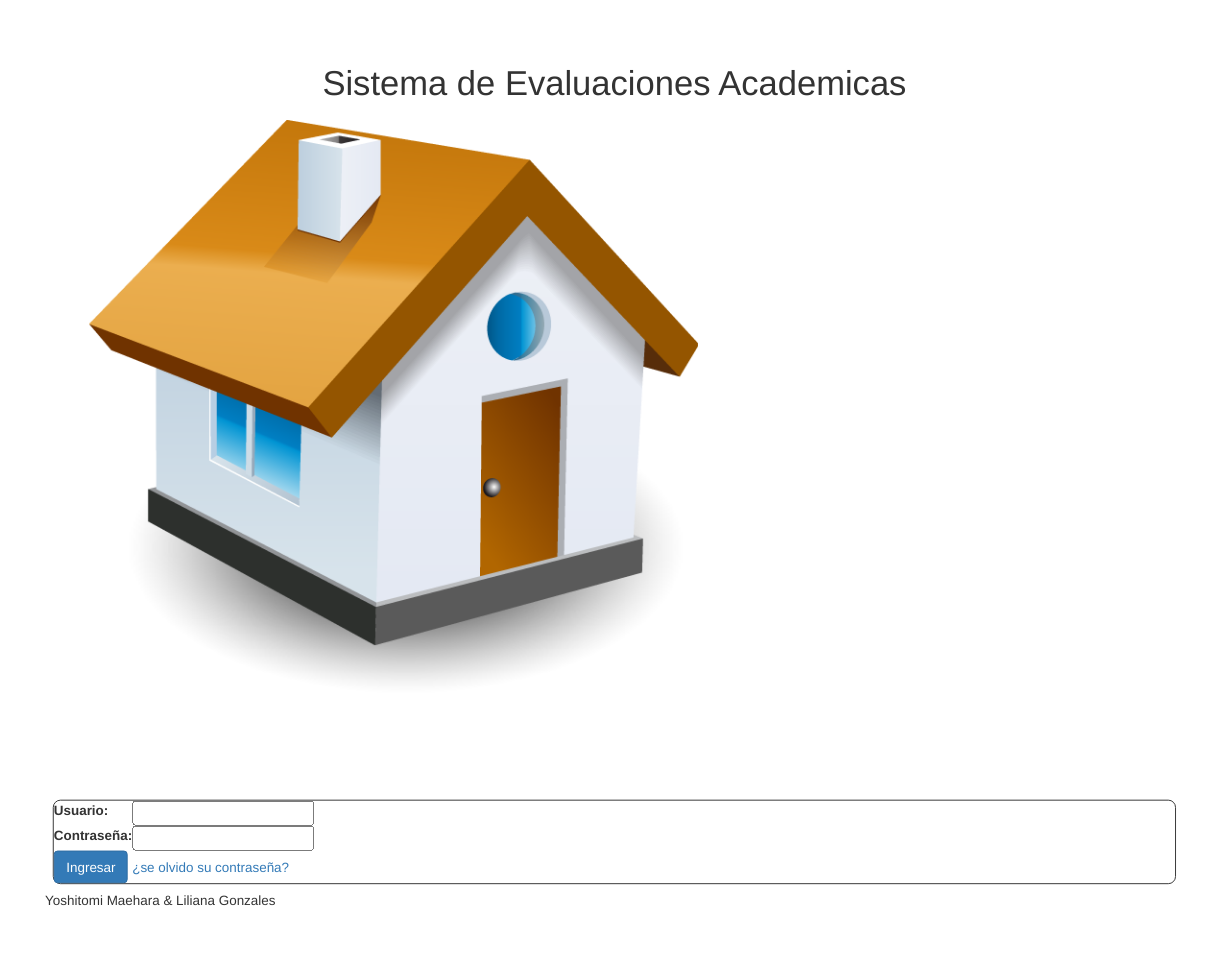
Repository: yoshitomimaehara/sdpa
Page: http://localhost/Sistema_de_Pruebas_Academicas/
The author's editor kept a copy of each file at every save. The page is drawn from the files as they stood at one save, then again after the next save.
The browser window is 1280 px wide. The pictures show the whole page, at 96% of full size.
The page is served by Tomcat 9. Other server files are loaded and not shown.

Above is the page before, as saved 2013-10-05 02:12:25.
Console error: TypeError: $(...).alert is not a function

### Web/Sistema de Pruebas Academicas/Sistema de Pruebas Academicas/WebContent/index.jsp
<!--
Nombre:index.jsp
Descripcion:Pagina Principal
Autores:Yoshitomi Maehara/Liliana Gonzales
Email:
-->
<%@ page language="java" contentType="text/html; charset=ISO-8859-1"
    pageEncoding="ISO-8859-1"%>
<%@ taglib prefix="c" uri="http://java.sun.com/jsp/jstl/core" %>
<!DOCTYPE html>
<html>
<head>
<link rel="stylesheet" type="text/css" href="css\styles.css"/>
<link rel="stylesheet" href="css\bootstrap.min.css">
<script src="js\jquery.js"></script>
<script src="js\scripts.js"></script>
<title>.::::Sistema de Evaluaciones Academicas::::.</title>
</head>
<body>
	<header class="cabecera_index">
			<h1>Sistema de Evaluaciones Academicas</h1>
	</header>
	<div class="container-fluid">
  		<div class="row-fluid">
		<section class="span8">
			<article>
				<img id="imagen" src="img\inicio.png" />
			</article>
		</section>
		<aside class="span4 hero-unit login_index">
			<form method="post" action="LoginIngreso">
			<table>
				<tr><td><label>Usuario:</label></td><td><input type="text" name="user"/></td></tr>
				<tr><td><label>Contrase&ntilde;a:</label></td><td><input type="password" name="pass"/></td></tr>
				<tr><td><input type="submit" class="btn btn-primary" value="Ingresar" /></td><td><a href="#" id="link_contrasenia">¿se olvido su contraseña?</a></td></tr>
			</table>
			</form>
		<c:if test="${requestScope.error != null}">
			<div class="alert alert-error">
				${requestScope.error}
			</div>
		</c:if>
	</aside>
		</div>
	</div>
	<footer class="pie_index ">
		<p id="copyleft">Yoshitomi Maehara &amp; Liliana Gonzales</p>
	</footer>

</body>
</html>

### Web/Sistema de Pruebas Academicas/Sistema de Pruebas Academicas/WebContent/css/styles.css
/*
Nombre:styles.css
Descripcion:Hoja de Estilos
Autores:Yoshitomi Maehara/Liliana Gonzales
Email:
*/
/* universal */
*{
}

/*etiquetas*/
body{
	padding:40px;
}

/* identificadores */
#ingresar{
	background-color: #5162F6;
	color:white;
}

#ingresar:hover{
	background-color: white;
	color:black;

}

#link_contrasenia{
	text-decoration:none;
}

#link_contrasenia:hover{
	text-decoration:none;
}

#academico{
	padding:10px;
	clear: none;
}

#academico:hover{
	display:block;
	padding:10px;
}

/* clases */
.cabecera_index{
  padding:0.5em;
  text-align:center;
}

.login_index{
   border:solid 1px;
   -webkit-border-radius: 8px;
   -moz-border-radius: 8px;
   border-radius: 8px;
}

.alerta{

}

.pie_index{
	height:3em;
	padding:0.5em;
}

.menu_panel{

}
.menu_lista{
	list-style-type:none;
}

.menu_lista li{
	display:inline-block;
	padding:10px;
}

.imagen{
	padding:1em;
	height: 8em;
	width:3em;
}

.contenedor{
	border:1px solid #A4A4A4;
	height:30em;
	-webkit-border-radius: 8px;
   	-moz-border-radius: 8px;
   	border-radius: 8px;
   	background-color:#F2F2F2;
}

.contenido_dentro{
	background-color:#F2F2F2;
	border:1px solid #A4A4A4;
	height:30em;
	-webkit-border-radius: 8px;
   	-moz-border-radius: 8px;
   	border-radius: 8px;
}

.menu_dentro{
	background-color:#F2F2F2;
	border:1px solid #A4A4A4;
	height:10em;
	-webkit-border-radius: 8px;
   	-moz-border-radius: 8px;
   	border-radius: 8px;
}

### Web/Sistema de Pruebas Academicas/Sistema de Pruebas Academicas/WebContent/js/scripts.js
/**
 * Nombre:script.js
 * Descripcion: Funciones JavaScript/JQuery
 * Autores:Yoshitomi Maehara/Liliana Gonzales
 * Email:
 */

$(document).ready(function(){
	$().alert();
});

$(function(){
	$('.accesos').click(function(e){
		e.preventDefault();
		$('#main').load($(this).attr('href'));
	});
});

$(function(){
	$('.enlaces').click(function(e){
		e.preventDefault();
		$('#contenido').load($(this).attr('href'));
	});
});

Loaded but not shown: Web/Sistema de Pruebas Academicas/Sistema de Pruebas Academicas/WebContent/css/bootstrap.min.css (library); Web/Sistema de Pruebas Academicas/Sistema de Pruebas Academicas/WebContent/js/jquery.js (library)

After the next save:
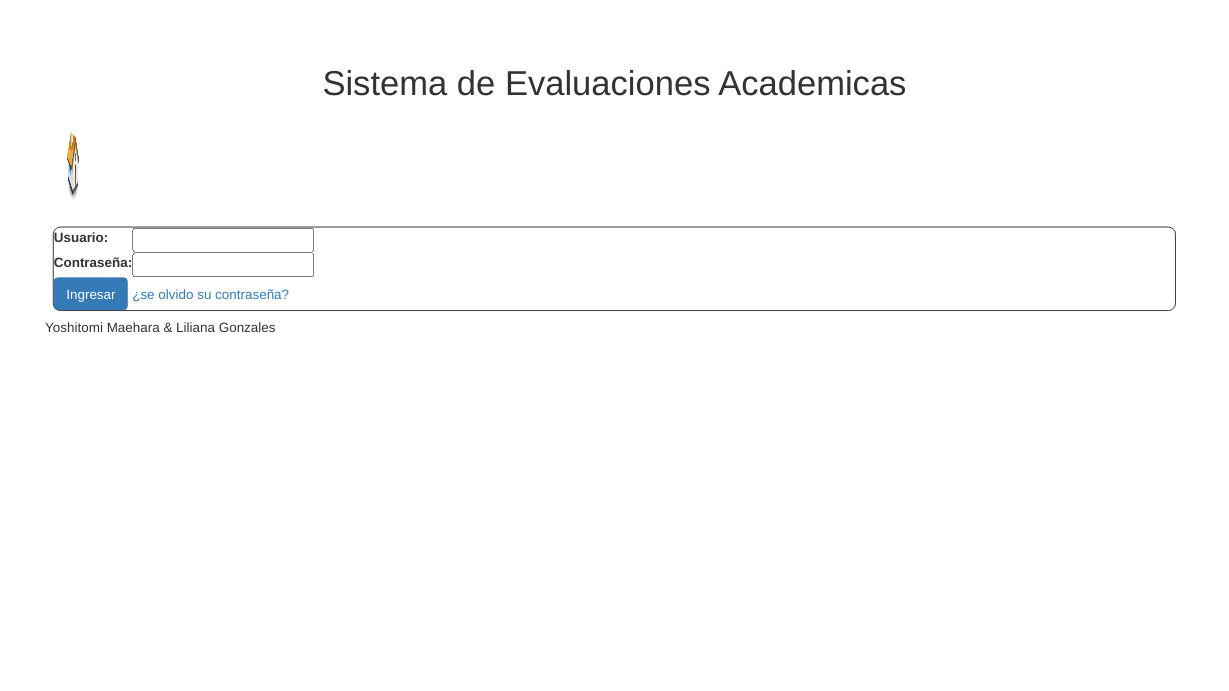
Saved 28 s later.
--- a/Web/Sistema de Pruebas Academicas/Sistema de Pruebas Academicas/WebContent/index.jsp
+++ b/Web/Sistema de Pruebas Academicas/Sistema de Pruebas Academicas/WebContent/index.jsp
@@ -24,7 +24,7 @@ Email:
   		<div class="row-fluid">
 		<section class="span8">
 			<article>
-				<img id="imagen" src="img\inicio.png" />
+				<img class="imagen" src="img\inicio.png" />
 			</article>
 		</section>
 		<aside class="span4 hero-unit login_index">
